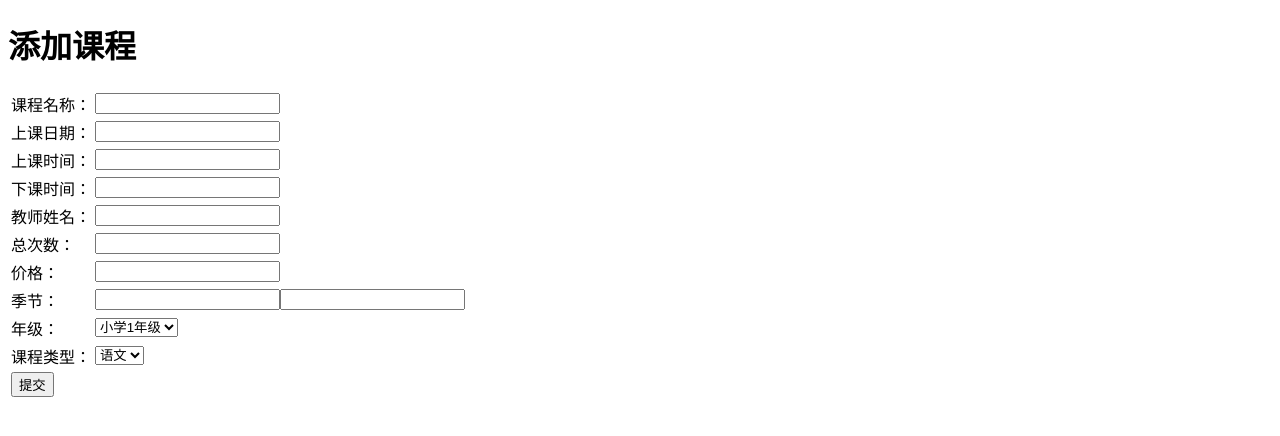
Repository: arkulo56/codeLibrary
Page: http://localhost/firstWeb/addCourse.jsp
The author's editor kept a copy of each file at every save. The page is drawn from the files as they stood at one save, then again after the next save.
The browser window is 1280 px wide. The pictures show the whole page.
The page is served by Tomcat 9. Other server files are loaded and not shown.

Above is the page before, as saved 2016-04-21 09:29:35.

### java/firstWeb/WebContent/addCourse.jsp
<%@page import="java.text.SimpleDateFormat"%>
<%@ page language="java" contentType="text/html; charset=UTF-8"
    pageEncoding="UTF-8"%>
<%@ page import="java.util.*,model.*,action.*" %>
<!DOCTYPE html PUBLIC "-//W3C//DTD HTML 4.01 Transitional//EN" "http://www.w3.org/TR/html4/loose.dtd">
<html>
<head>
<meta http-equiv="Content-Type" content="text/html; charset=UTF-8">
<title>Insert title here</title>
</head>
<body>
<h1>添加课程</h1>
<form action="addDeal.jsp" method="post" name="courseForm">
<table>
<tr>
	<td>课程名称：</td>
	<td><input type="text" name="name" /></td>
</tr>
<tr>
	<td>上课日期：</td>
	<td><input type="text" name="classDate" /></td>
</tr>
<tr>
	<td>上课时间：</td>
	<td><input type="text" name="startTime" /></td>
</tr>
<tr>
	<td>下课时间：</td>
	<td><input type="text" name="endTime" /></td>
</tr>
<tr>
	<td>教师姓名：</td>
	<td><input type="text" name="teacher" /></td>
</tr>
<tr>
	<td>总次数：</td>
	<td><input type="text" name="classNumber" /></td>
</tr>
<tr>
	<td>价格：</td>
	<td><input type="text" name="price" /></td>
</tr>
<tr>
	<td>季节：</td>
	<td><input type="text" name="season" /><input type="text" name="status" /></td>
</tr>
<tr>
	<td>年级：</td>
	<td>
	<select name="classLevel">
		<option value="1">小学1年级</option>
		<option value="2">小学2年级</option>
		<option value="3">小学3年级</option>
		<option value="4">小学4年级</option>
		<option value="5">小学5年级</option>
		<option value="6">小学6年级</option>
		<option value="7">初中1年级</option>
		<option value="8">初中2年级</option>
		<option value="9">初中3年级</option>
		<option value="10">高中1年级</option>
		<option value="11">高中2年级</option>
		<option value="12">高中3年级</option>
	</select>
	</td>
</tr>
<tr>
	<td>课程类型：</td>
	<td>
	<select name="classGategory">
		<option value="1">语文</option>
		<option value="2">数学</option>
		<option value="3">英语</option>
		<option value="4">物理</option>
		<option value="5">化学</option>
		<option value="6">生物</option>
		<option value="7">地理</option>
	</select>
	</td>
</tr>
<tr>
	<td colspan="2"><input type="submit" value="提交" /></td>
</tr>
</table>
</form>
</body>
</html>

After the next save:
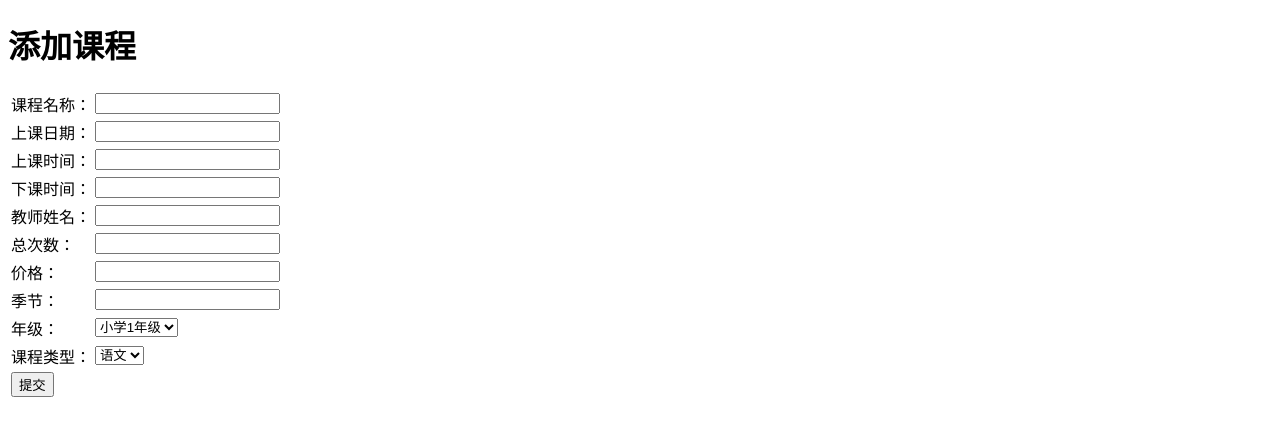
Saved 21 s later.
--- a/java/firstWeb/WebContent/addCourse.jsp
+++ b/java/firstWeb/WebContent/addCourse.jsp
@@ -42,7 +42,7 @@
 </tr>
 <tr>
 	<td>季节：</td>
-	<td><input type="text" name="season" /><input type="text" name="status" /></td>
+	<td><input type="text" name="season" /></td>
 </tr>
 <tr>
 	<td>年级：</td>
